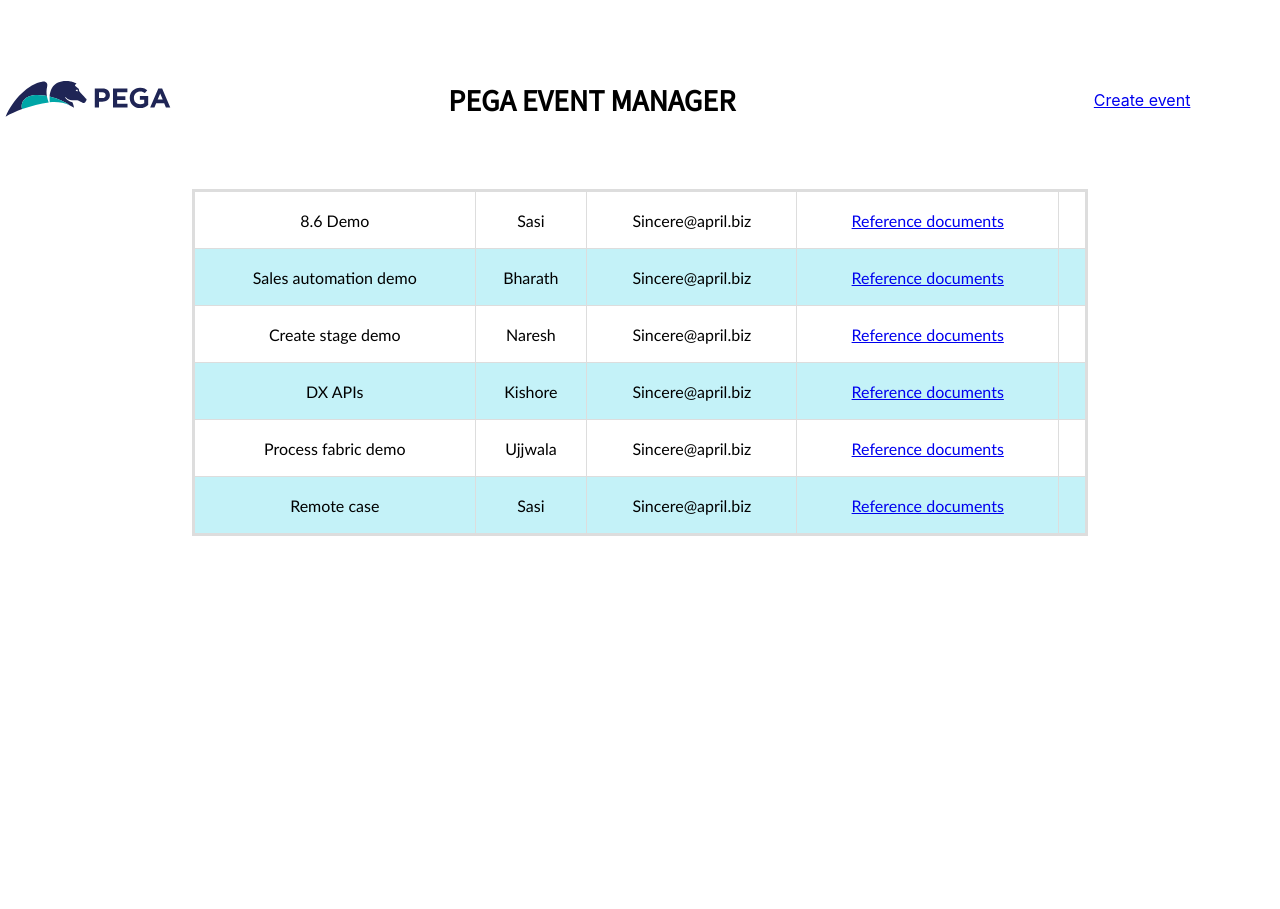
Repository: SasiVeeramachaneni/eventmanager
Page: /
The author's editor kept a copy of each file at every save. The page is drawn from the files as they stood at one save, then again after the next save.
The browser window is 1280 px wide. The pictures show the whole page.
The project was rebuilt for these pictures with package versions that can differ from the ones it lists, and the page was loaded fresh each time. Also part of the build but not shown: src/Card.js, src/Header.js.

Above is the page before, as saved 2020-09-02 23:34:43.

After the next save:
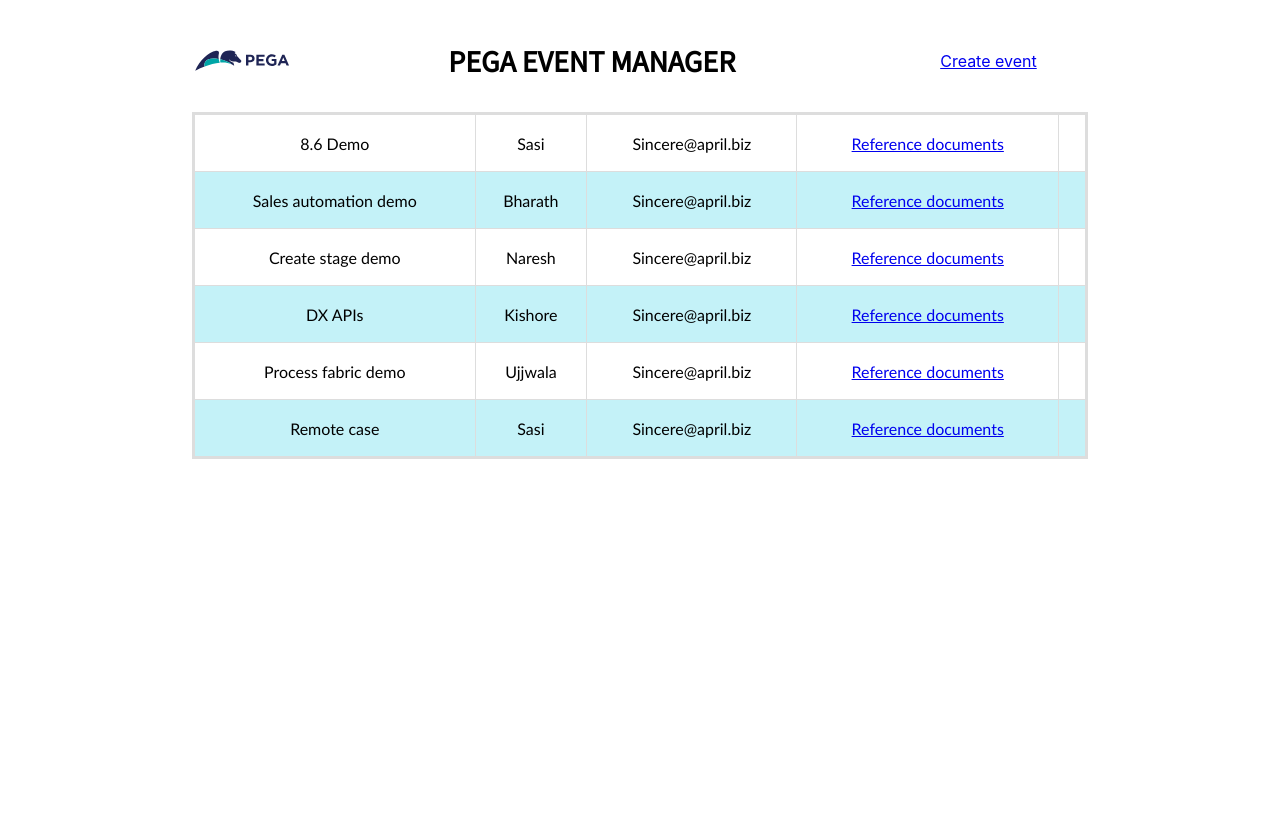
Saved 35 s later.
--- a/src/App.css
+++ b/src/App.css
@@ -30,6 +30,9 @@
   align-items: stretch;
   justify-content: space-evenly;
   padding-top: 10px;
+  width: 70%;
+  margin-left: auto;
+  margin-right: auto;
 }
 
 .logo {

After the save that followed:
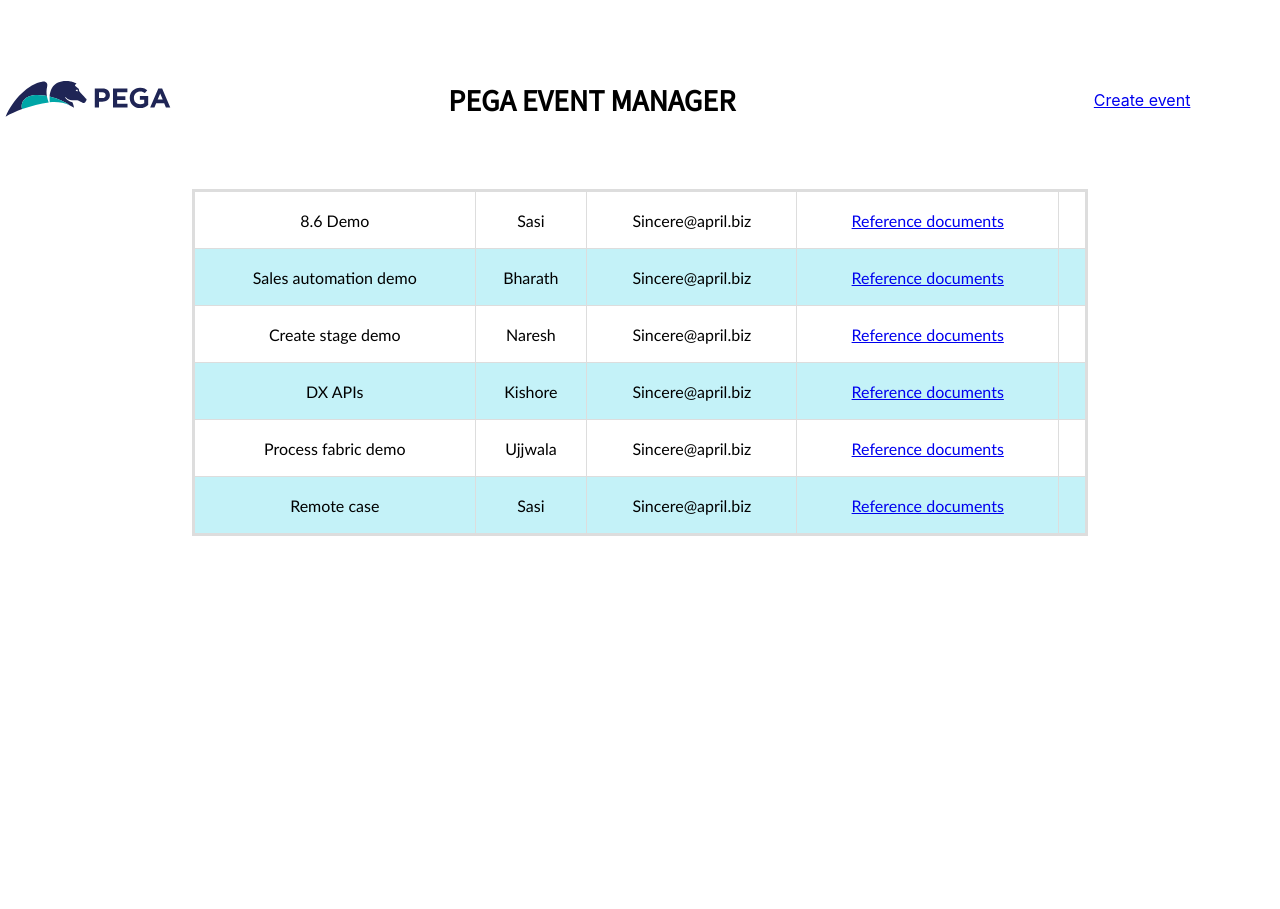
Saved 18 s later.
--- a/src/App.css
+++ b/src/App.css
@@ -30,9 +30,6 @@
   align-items: stretch;
   justify-content: space-evenly;
   padding-top: 10px;
-  width: 70%;
-  margin-left: auto;
-  margin-right: auto;
 }
 
 .logo {
